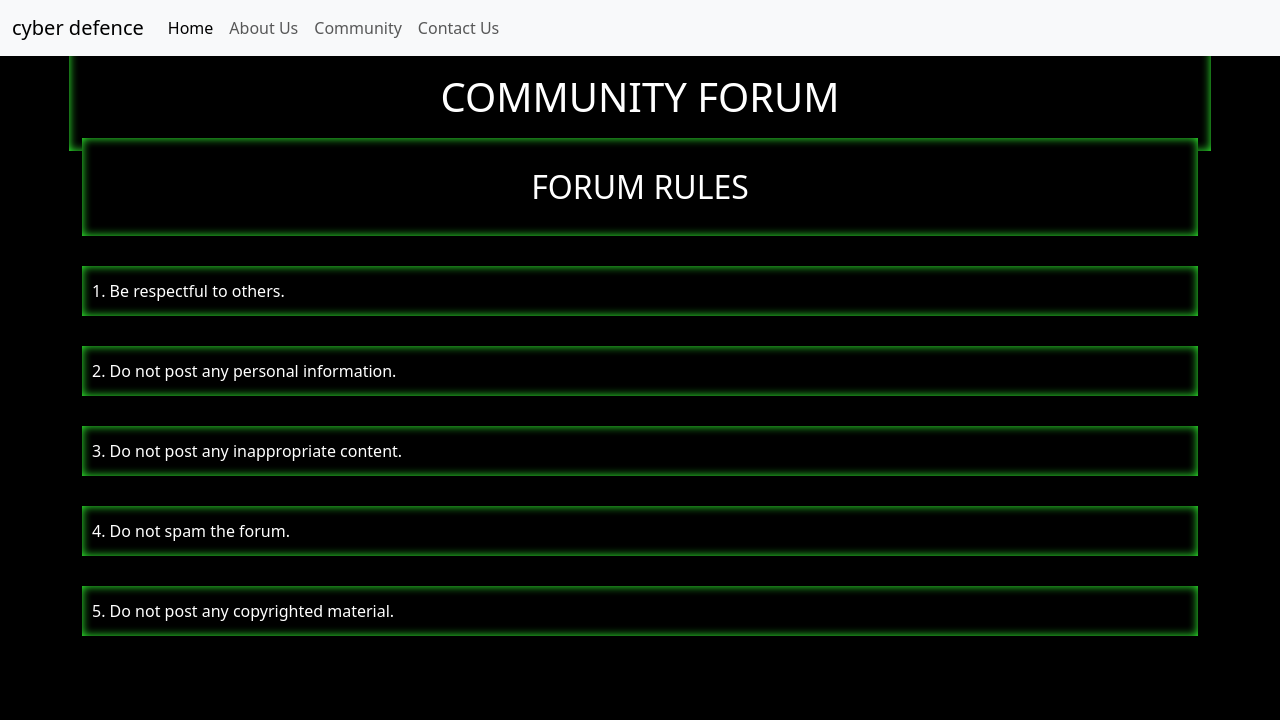
Repository: newworldhost/nwh
Page: community.html
These files come from the project's save history. The page is drawn as it stood at one moment and after the next save; the edit follows.
The browser window is 1280 px wide. The pictures show the whole page.

Above is the page before, as saved 2025-03-05 00:03:09.

After the next save:
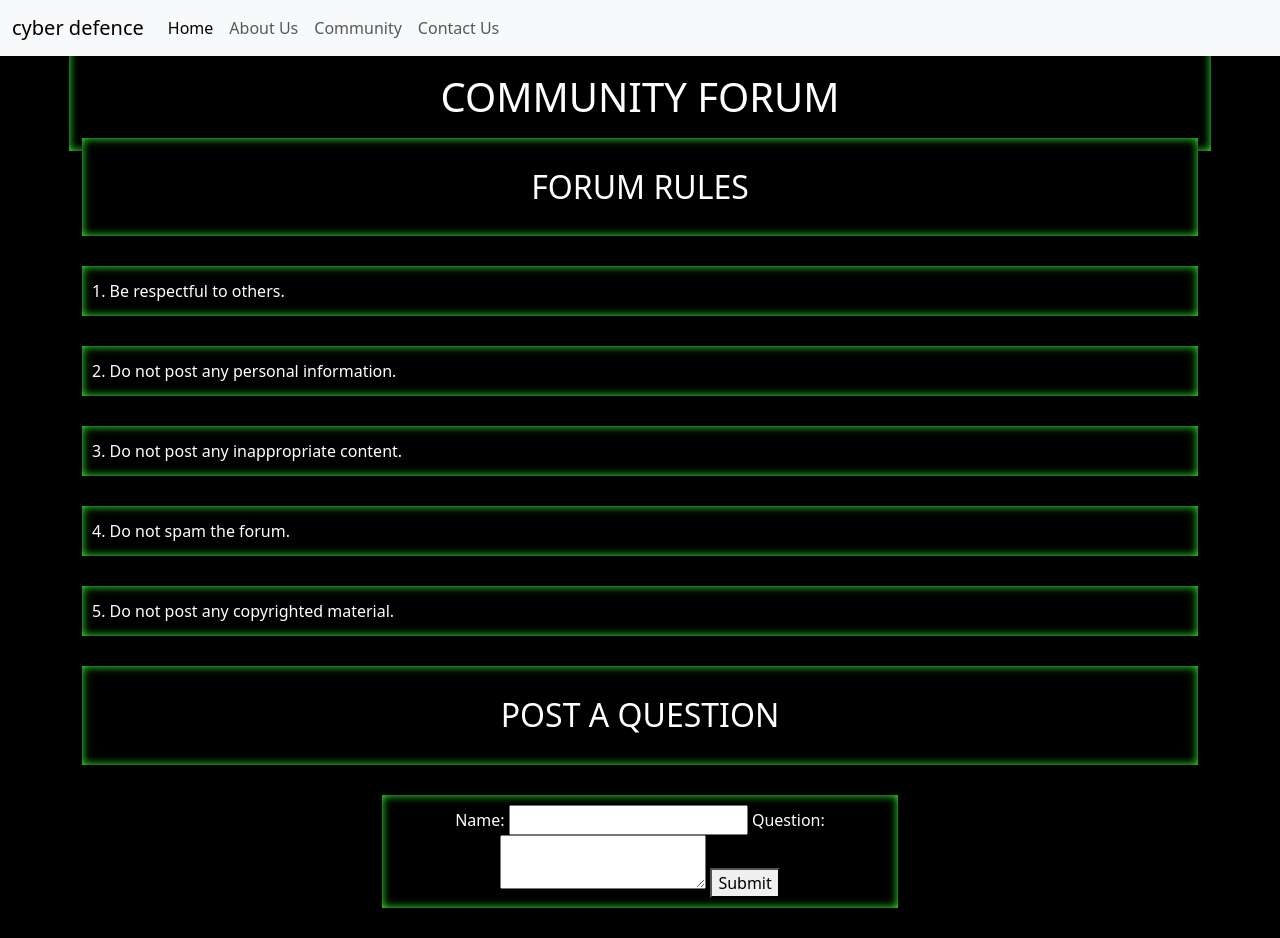
Saved 6 s later.
--- a/community.html
+++ b/community.html
@@ -37,6 +37,15 @@
         <p>4. Do not spam the forum.</p>
         <p>5. Do not post any copyrighted material.</p>
     </div>
+    <div id="post">
+        <h2>Post a Question</h2>
+        <form action="submit.php" method="post">
+            <label for="name">Name:</label>
+            <input type="text" id="name" name="name" required>
+            <label for="question">Question:</label>
+            <textarea id="question" name="question" required></textarea>
+            <button type="submit">Submit</button>
+        </form>
    </main>
 
     </header>
